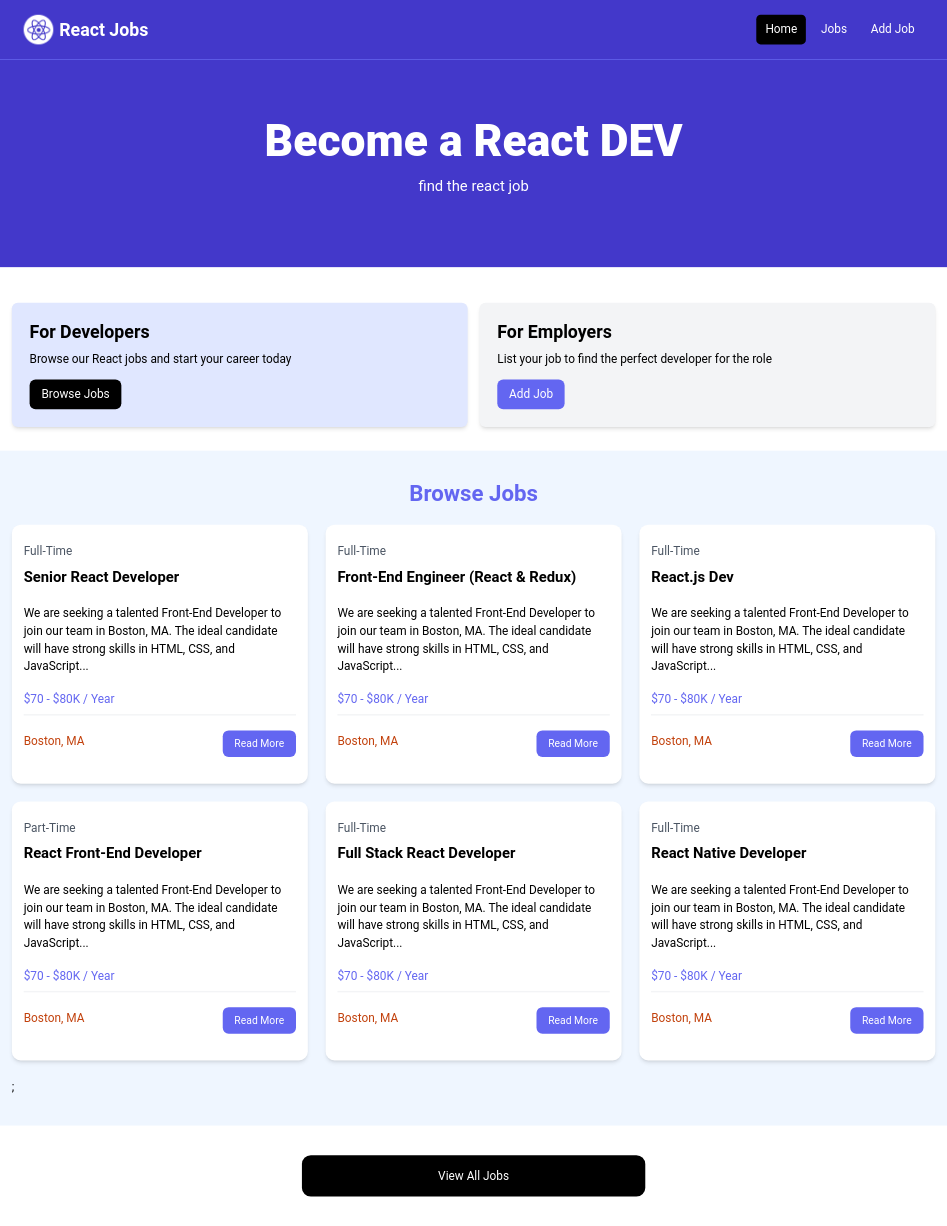
Repository: Geohot-2020/React_setup
Page: / (app in react-crash-2024/)
These files come from the project's save history. The page is drawn as it stood at one moment and after a run of saves; the edit follows.
The browser window is 1280 px wide. The pictures show the whole page, at 74% of full size.
The project was rebuilt for these pictures with package versions that can differ from the ones it lists, and the page was loaded fresh each time. Also part of the build but not shown: react-crash-2024/vite.config.js.

Above is the page before, as saved 2024-11-13 16:11:48.

After the next 4 saves:
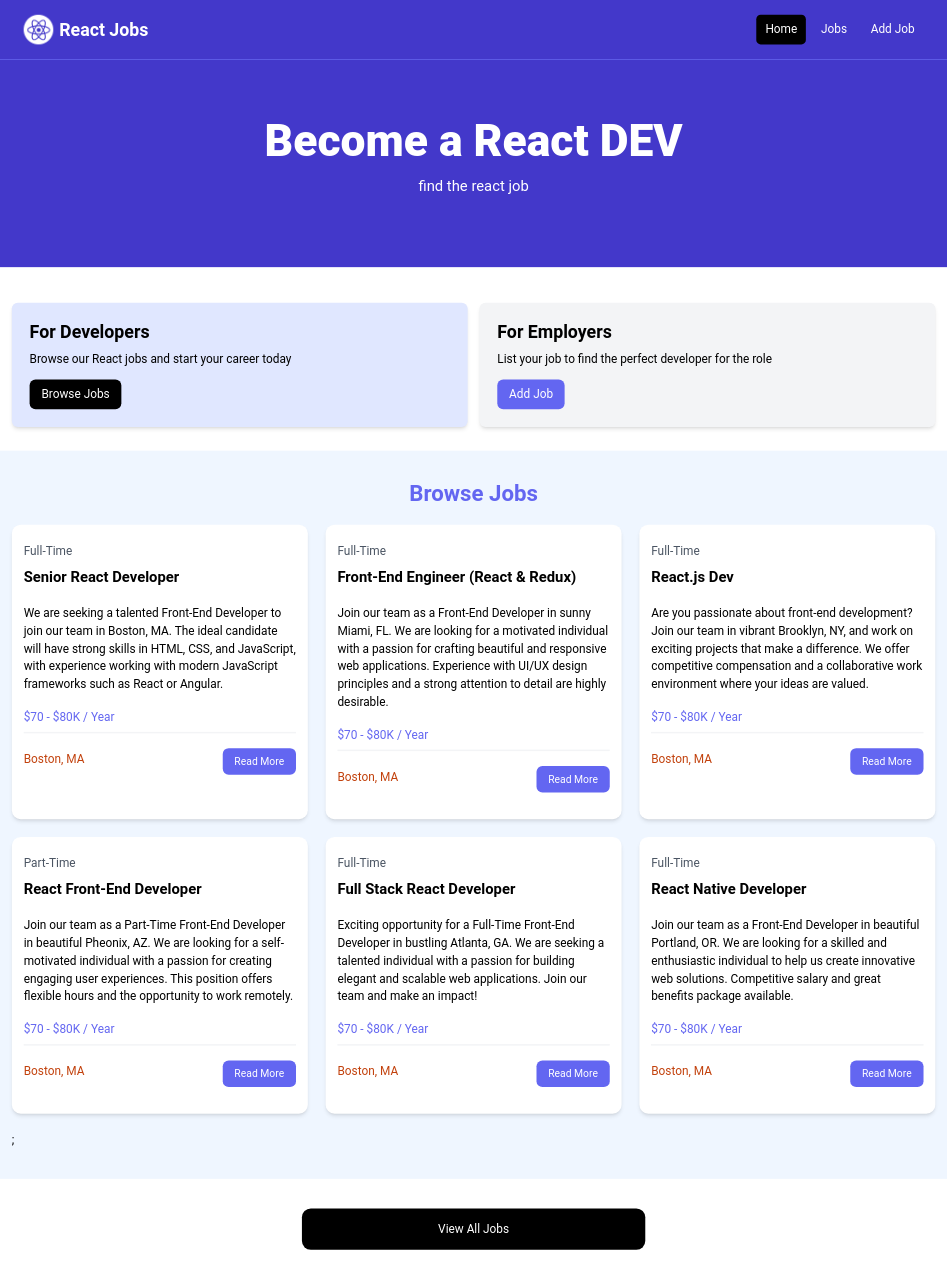
The 4 saves are shown as one change because they came seconds apart.
The last was saved 22 s later.
--- a/react-crash-2024/src/components/JobListings.jsx
+++ b/react-crash-2024/src/components/JobListings.jsx
@@ -19,7 +19,7 @@ const JobListings = () => {
                                 </div>
 
                                 <div className="mb-5">
-                                    We are seeking a talented Front-End Developer to join our team in Boston, MA. The ideal candidate will have strong skills in HTML, CSS, and JavaScript...
+                                    {job.description}
                                 </div>
 
                                 <h3 className="text-indigo-500 mb-2">$70 - $80K / Year</h3>
